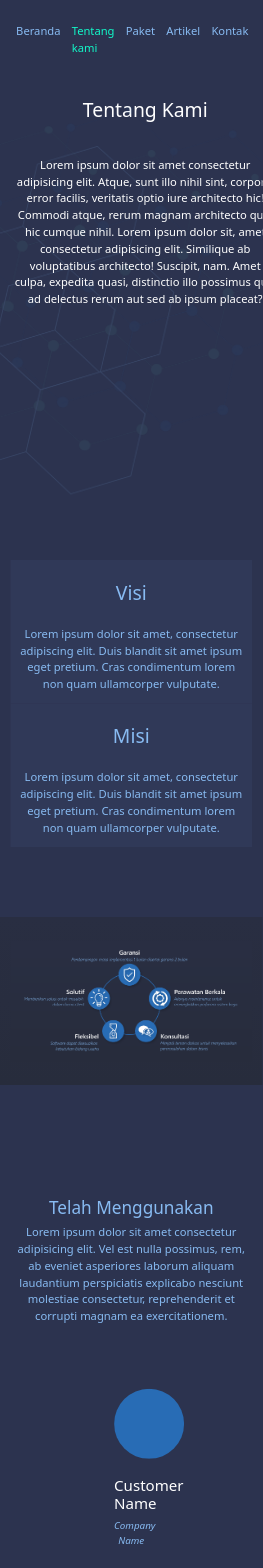
Repository: alfathard/dniztechno
Page: resources/views/about.blade.php
These files come from the project's save history. The page is drawn as it stood at one moment and after the next save; the edit follows.
The browser window is 375 px wide. The pictures show the part of the page from y = 0 to 2240 px (the page is 2643 px tall), at 70% of full size.
The page is served by the project's Laravel application, run on PHP 8.4 with Laravel 8. The template is opened directly, without the code that normally fills it, so the values that code supplies are empty.

Above is the page before, as saved 2025-03-20 09:53:34.
Console error: ReferenceError: $ is not defined

After the next save:
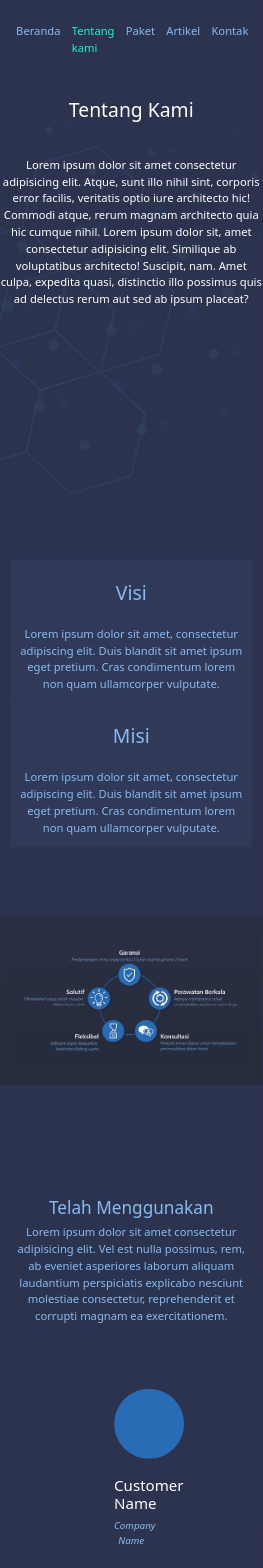
Saved 56 s later.
--- a/public/css/style.css
+++ b/public/css/style.css
@@ -1206,6 +1206,10 @@ a {
     height: 30%;
 }
 
+.about-us-data{
+    margin: 0;
+}
+
 .benefit-img{
     background-size: 100%;
     margin: auto;
